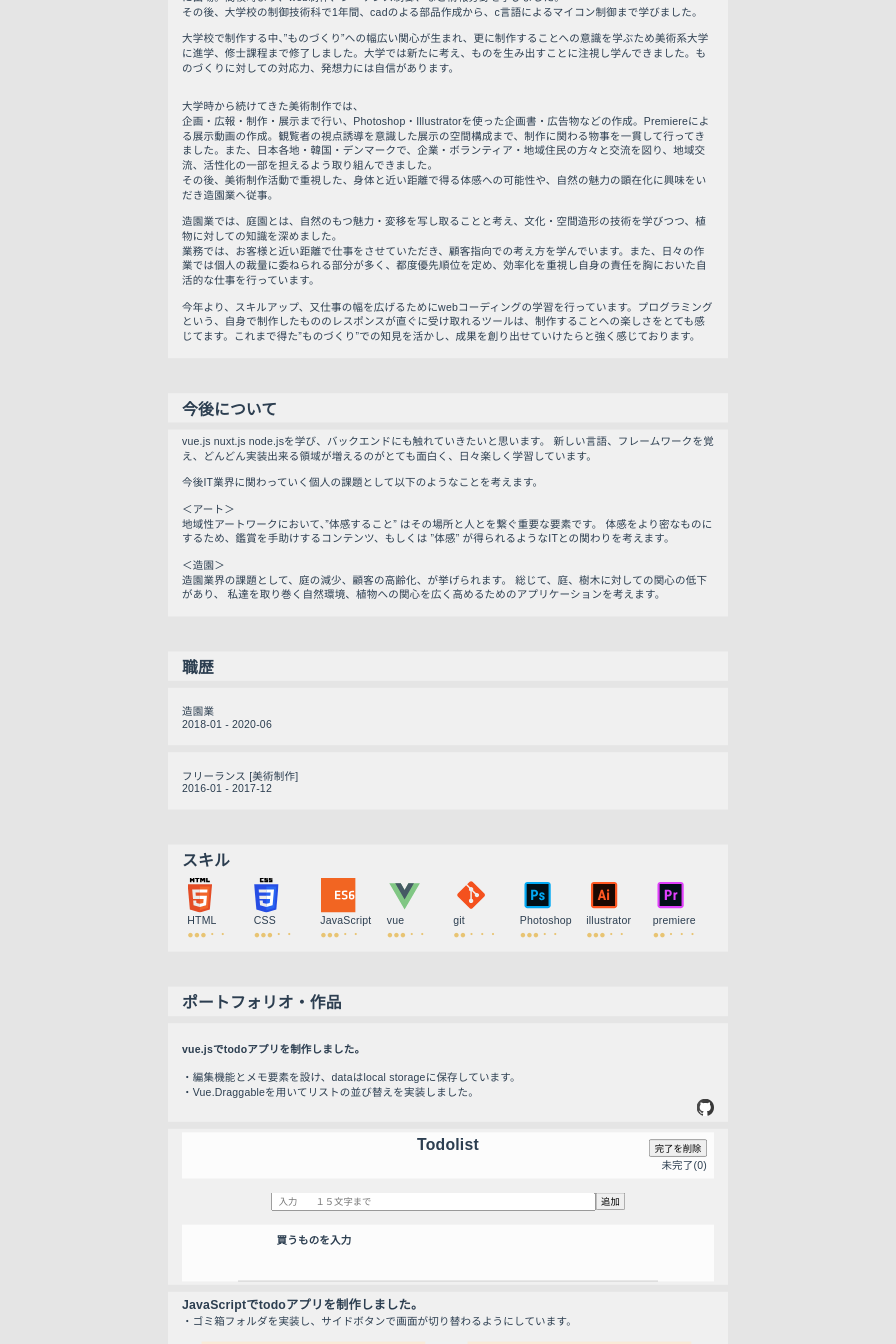
Repository: takeco/my-portfolio
Page: /
An editor plug-in stored every save of this project. The page is shown before and after the next save, followed by the edit.
The browser window is 1280 px wide. The pictures show the part of the page from y = 631 to 2551 px (the page is 3878 px tall before and 3895 px after), at 70% of full size.
The project was rebuilt for these pictures with package versions that can differ from the ones it lists, and the page was loaded fresh each time.

Above is the page before, as saved 2020-08-25 16:44:18.

### public/index.html
<!DOCTYPE html>
<html lang="jp">
  <head>
    <meta charset="utf-8" />
    <meta http-equiv="X-UA-Compatible" content="IE=edge" />
    <meta name="viewport" content="width=device-width,initial-scale=1.0" />
    <meta name="robots" content="noindex" />
    <link rel="icon" href="<%= BASE_URL %>favicon.ico" />
    <title><%= htmlWebpackPlugin.options.title %></title>
  </head>
  <body>
    <noscript>
      <strong
        >We're sorry but <%= htmlWebpackPlugin.options.title %> doesn't work
        properly without JavaScript enabled. Please enable it to
        continue.</strong
      >
    </noscript>
    <div id="app"></div>

    <!-- built files will be auto injected -->
  </body>
  <style></style>
</html>

### src/App.vue
<template>
  <div :class="$style.app">
    <MainContents></MainContents>
  </div>
</template>

<script>
import MainContents from "./components/MainContents";

export default {
  name: "App",
  components: {
    MainContents
  }
};
</script>

<style module>
.app {
  font-family: "游ゴシック体", YuGothic, "游ゴシック Medium", "Yu Gothic Medium",
    "游ゴシック", "Yu Gothic", "メイリオ", sans-serif;
  -webkit-font-smoothing: antialiased;
  -moz-osx-font-smoothing: grayscale;
  color: #2c3e50;
  background-color: #e5e5e5;
}
</style>

### src/components/MainContents.vue
<template>
  <div :class="$style.body">
    <nav>
      <!-- <ul>
        <li>
          <p>home</p>
        </li>
        <li>
          <p>History</p>
        </li>
        <li>
          <p></p>
        </li>
        <li>
          <p></p>
        </li>
        <li>
          <p></p>
        </li>
      </ul>-->
    </nav>
    <div>
      <img src="../../public/img/nirasaki-12.jpg" alt="artWorkPhoto" />
      <h1>
        <span>TAKEKOSHI Kohei</span>
        Portfolio
      </h1>
    </div>
    <section>
      <ul>
        <li>
          <h2>History</h2>
          <p>
            <br />幼少より、物を作ることが好きで、ラジオなど電子工作して遊んでいました。
            中学校ではロボットコンテストに出場。高校時より、web制作、シーケンス制御、など情報分野を学びました。
            <br />その後、大学校の制御技術科で1年間、cadのよる部品作成から、c言語によるマイコン制御まで学びました。
            <br />
            <br />大学校で制作する中、”ものづくり”への幅広い関心が生まれ、更に制作することへの意識を学ぶため美術系大学に進学、修士課程まで修了しました。大学では新たに考え、ものを生み出すことに注視し学んできました。ものづくりに対しての対応力、発想力には自信があります。
            <br /><br />
            <br />大学時から続けてきた美術制作では、
            <br />企画・広報・制作・展示まで行い、Photoshop・Illustratorを使った企画書・広告物などの作成。Premiereによる展示動画の作成。観覧者の視点誘導を意識した展示の空間構成まで、制作に関わる物事を一貫して行ってきました。また、日本各地・韓国・デンマークで、企業・ボランティア・地域住民の方々と交流を図り、地域交流、活性化の一部を担えるよう取り組んできました。
            <br />その後、美術制作活動で重視した、身体と近い距離で得る体感への可能性や、自然の魅力の顕在化に興味をいだき造園業へ従事。
            <br />
            <br />造園業では、庭園とは、自然のもつ魅力・変移を写し取ることと考え、文化・空間造形の技術を学びつつ、植物に対しての知識を深めました。
            <br />業務では、お客様と近い距離で仕事をさせていただき、顧客指向での考え方を学んでいます。また、日々の作業では個人の裁量に委ねられる部分が多く、都度優先順位を定め、効率化を重視し自身の責任を胸においた自活的な仕事を行っています。
            <br />
            <br />今年より、スキルアップ、又仕事の幅を広げるためにwebコーディングの学習を行っています。プログラミングという、自身で制作したもののレスポンスが直ぐに受け取れるツールは、制作することへの楽しさをとても感じてます。これまで得た”ものづくり”での知見を活かし、成果を創り出せていけたらと強く感じております。
            <br />
            <br />
          </p>
        </li>

        <li>
          <h2>今後について</h2>
          <p>
            vue.js nuxt.js
            node.jsを学び、バックエンドにも触れていきたいと思います。
            新しい言語、フレームワークを覚え、どんどん実装出来る領域が増えるのがとても面白く、日々楽しく学習しています。
            <br />
            <br />今後IT業界に関わっていく個人の課題として以下のようなことを考えます。
            <br />
            <br />＜アート＞
            <br />地域性アートワークにおいて、”体感すること”
            はその場所と人とを繋ぐ重要な要素です。
            体感をより密なものにするため、鑑賞を手助けするコンテンツ、もしくは
            ”体感” が得られるようなITとの関わりを考えます。
            <br />
            <br />＜造園＞
            <br />造園業界の課題として、庭の減少、顧客の高齢化、が挙げられます。
            総じて、庭、樹木に対しての関心の低下があり、
            私達を取り巻く自然環境、植物への関心を広く高めるためのアプリケーションを考えます。
            <br />
            <br />
          </p>
        </li>
        <li>
          <h2>職歴</h2>
          <p>
            <br />造園業
            <br />2018-01 - 2020-06
            <br />
            <br />
          </p>
          <p>
            <br />フリーランス [美術制作]
            <br />2016-01 - 2017-12
            <br />
            <br />
          </p>
        </li>
        <li>
          <div>
            <h2>スキル</h2>
            <ul>
              <li>
                <img src="../../public/img/html5.svg" alt />
                <p>HTML</p>
                <p>●●●・・</p>
              </li>
              <li>
                <img src="../../public/img/css3.svg" alt />
                <p>CSS</p>
                <p>●●●・・</p>
              </li>
              <li>
                <img src="../../public/img/es6.svg" alt />
                <p>JavaScript</p>
                <p>●●●・・</p>
              </li>
              <li>
                <img src="../../public/img/vue.svg" alt />
                <p>vue</p>
                <p>●●●・・</p>
              </li>
              <li>
                <img src="../../public/img/git.svg" alt />
                <p>git</p>
                <p>●●・・・</p>
              </li>
              <li>
                <img src="../../public/img/Photoshop.svg" alt />
                <p>Photoshop</p>
                <p>●●●・・</p>
              </li>
              <li>
                <img src="../../public/img/illustrator.svg" alt />
                <p>illustrator</p>
                <p>●●●・・</p>
              </li>
              <li>
                <img src="../../public/img/premiere.svg" alt />
                <p>premiere</p>
                <p>●●・・・</p>
              </li>
            </ul>
          </div>
        </li>
        <li>
          <h2>ポートフォリオ・作品</h2>
          <div>
            <h4>vue.jsでtodoアプリを制作しました。</h4>
            <p>
              ・編集機能とメモ要素を設け、dataはlocal
              storageに保存しています。
              <br />・Vue.Draggableを用いてリストの並び替えを実装しました。
            </p>
            <p>
              <a href="https://github.com/takeco/my-portfolio/tree/todolist" target="blank">
                <img src="../../public/img/github.svg" alt />
              </a>
            </p>
          </div>
          <TodoList></TodoList>
          <div>
            <h3>JavaScriptでtodoアプリを制作しました。</h3>
            <p>・ゴミ箱フォルダを実装し、サイドボタンで画面が切り替わるようにしています。</p>
            <ul>
              <li>
                <img src="../../public/img/jstodoapp1.png" alt />
              </li>
              <li>
                <img src="../../public/img/jstodoapp2.png" alt />
              </li>
            </ul>
            <p>
              <a href="https://takeco.github.io/js-todoApplication/" target="blank">サイトリンク</a>
              <a href="https://github.com/takeco/js-todoApplication" target="blank">
                <img src="../../public/img/github.svg" alt />
              </a>
            </p>
          </div>
          <div>
            <h3>サイト模写</h3>
            <p>html css を用いてWordPressデモサイトの模写を行いました。</p>
            <ul>
              <li>
                <img src="../../public/img/trace1.jpg" alt />
              </li>
              <li>
                <img src="../../public/img/trace2.jpg" alt />
              </li>
            </ul>
            <p>
              <a href="https://takeco.github.io/trace-site/" target="blank">トレース元</a>
              <a href="https://github.com/takeco/trace-site" target="blank">
                <img src="../../public/img/github.svg" alt />
              </a>
            </p>
          </div>
          <div>
            <h3>art work</h3>
            <ul>
              <li>
                <a href="https://takecocc.work/work/ube/" target="blank">
                  <img src="../../public/img/tree_of_ube_1_Copyright_Nobuo_Shimose.jpg" alt />
                  <p>宇部の木 tree of ube</p>
                </a>
                <p>in UBE Biennale</p>
              </li>
              <li>
                <a href="https://takecocc.work/work/shodoshima/" target="blank">
                  <img src="../../public/img/tree_of_shodosima_Copyright_Chukyo_Ozawa_-7.jpg" alt />
                  <p>小豆島の木 tree of shodosima</p>
                </a>
                <p>in Setouchi Triennale</p>
              </li>
              <li>
                <a href="https://takecocc.work/work/odense/" target="blank">
                  <img src="../../public/img/odense_tree-17.jpg" alt />
                  <p>Odense tree Underground sea</p>
                </a>
                <p>in Gæsteatelier Hollufgård</p>
              </li>
              <li>
                <a href="https://takecocc.work/work/nirasaki/ " target="blank">
                  <img src="../../public/img/nirasaki-12.jpg" alt />
                  <p>韮崎の木 Tree of Nirasaki</p>
                </a>
              </li>
            </ul>
            <p>
              <br />art workのportfoliosite
              <a
                href="https://takecocc.work/"
                target="blank"
              >https://takecocc.work/</a>
            </p>
          </div>
        </li>
      </ul>
    </section>
  </div>
</template>

<script>
import TodoList from "./TodoList";

export default {
  name: "App",
  components: {
    TodoList,
  },
};
</script>

<style module>
body,
ul,
li,
p,
span,
div,
h1,
h2,
h3 {
  padding: 0;
  margin: 0;
}
.body {
  width: 100%;
  font-size: 15px;
}
.body a {
  color: #000;
}
.body > div > img {
  width: 100%;
  height: 400px;
  object-fit: cover;
}
.body > div > h1 > span {
  padding: 0 30px 0 10px;
}

.body > section > ul {
  max-width: 800px;
  margin: 0 auto;
  list-style: none;
  word-wrap: break-word;
  padding: 10px;
}
.body > section > ul > li {
  letter-spacing: 0.02em;
  margin: 50px auto;
}
.body > section > ul > li > h2,
.body > section > ul > li > p,
.body > section > ul > li > ul,
.body > section > ul > li > div,
.body > div > h1 {
  background-color: #f0f0f0;
  padding: 5px 20px;
  margin: 10px 0;
}
.body > section > ul > li > div > ul {
  display: flex;
  flex-flow: row wrap;
  justify-content: space-around;
  align-items: flex-start;
  list-style: none;
  margin: 10px 0;
}
.body > section > ul > li:nth-of-type(4) > div > ul > li > p {
  width: 80px;
}
.body > section > ul > li:nth-of-type(4) > div > ul > li > p:nth-of-type(2) {
  color: #e8c473;
}
.body > section > ul > li:nth-of-type(4) > div > ul > li > img {
  height: 50px;
}
.body > section > ul > li > div > p > a {
  padding-left: 20px;
}
.body > section > ul > li:nth-of-type(5) > div > ul > li > img {
  width: 320px;
  height: 230px;
  margin: 10px 5px 20px 0;
}
.body > section > ul > li:nth-of-type(5) > div:last-child > ul > li > a > img {
  width: 300px;
  height: 200px;
  margin: 10px 0;
}
.body > section > ul > li:nth-of-type(5) > div:last-child > ul > li p {
  color: #797979;
  font-size: 12px;
}
.body > section > ul > li:nth-of-type(5) > div > p:last-child {
  color: #797979;
  font-size: 12px;
  text-align: right;
}
</style>

### src/components/TodoList.vue
<template>
  <div :class="$style.body">
    <header>
      <h1>Todolist</h1>
      <nav>
        <button @click="purge">完了を削除</button>
        <p>未完了({{ remaining.length }})</p>
      </nav>
    </header>
    <form @submit.prevent="addTodo">
      <input
        v-model="newTodo"
        type="text"
        placeholder="  入力       １５文字まで"
        maxlength="20"
      />
      <input type="submit" value="追加" />
    </form>
    <section>
      <draggable element="ul" v-if="todos.length">
        <li v-for="(todo, index) in todos" :key="todo.title">
          <input type="checkbox" v-model="todo.isDone" />

          <span :class="{[$style.done]: todo.isDone}">{{ todo.title }}</span>

          <img
            @click="deleteTodo(index)"
            src="../../public/img/dustBox.svg"
            :class="$style.dustBoxImg"
          />
          <form @submit.prevent>
            <input v-show="todo.editor" type="text" v-model="todo.title" />
            <button @click="todo.editor = !todo.editor">
              <span v-show="!todo.editor">編集</span>
              <span v-show="todo.editor">完了</span>
            </button>
          </form>
          <p>memo</p>
          <textarea
            type="text"
            placeholder="メモ"
            v-model="todo.memo"
          ></textarea>
        </li>
      </draggable>
      <ul v-else>
        <li>
          <span>買うものを入力</span>
        </li>
      </ul>
    </section>
  </div>
</template>

<script>
import draggable from "vuedraggable";

export default {
  data() {
    return {
      newTodo: "",
      memo: "",
      todos: [],
    };
  },
  watch: {
    todos: {
      handler() {
        localStorage.setItem("todos", JSON.stringify(this.todos));
      },
      deep: true,
    },
  },
  mounted() {
    this.todos = JSON.parse(localStorage.getItem("todos")) || [];
  },
  methods: {
    addTodo() {
      let item = {
        title: this.newTodo,
        isDone: false,
        editor: false,
        memo: this.memo,
      };
      this.todos.push(item);
      this.newTodo = "";
    },
    deleteTodo(index) {
      this.todos.splice(index, 1);
    },
    purge() {
      if (confirm("完了したものを削除します")) {
        this.todos = this.remaining;
      }
    },
  },
  computed: {
    remaining() {
      return this.todos.filter(function(todo) {
        return !todo.isDone;
      });
    },
  },
  components: {
    draggable,
  },
};
</script>

<style module>
/* width 400px未満 */

.body {
  margin: 0;
  display: flex;
  flex-flow: column nowrap;
  justify-content: center;
  padding: 20px;
}
.body > header {
  background-color: rgba(255, 255, 255, 0.8);
}
.body > header > h1 {
  text-align: center;
  padding: 5px 0 35px 0;
}
.body > header > nav {
  text-align: right;
}
.body > form {
  text-align: center;
  padding: 20px 0;
}
.body > form > input:first-of-type {
  width: 60%;
  height: 20px;
}
.body > section {
  background-color: rgba(255, 255, 255, 0.8);
}

.dustBoxImg {
  width: 20px;
  margin: 0 auto;
  cursor: pointer;
}
.body > section > ul {
  list-style: none;
  max-width: 600px;
  word-wrap: break-word;
  width: 80%;
  margin: 0 auto;
}
.body > section > ul > li {
  border-bottom: solid 1px #bbb;
  padding: 10px 0;
  display: grid;
  grid-template:
    "checkbox todoName dustBox" 30px
    "edit     edit     edit   " 30px
    "    .    memo        .   " auto
    / 50px 1fr 50px;
}
.body > section > ul > li > input:first-of-type {
  grid-area: checkbox;
  height: 40px;
}
.body > section > ul > li > span:first-of-type {
  padding-left: 5px;
  grid-area: todoName;
  word-wrap: anywhere;
  font-weight: 600;
}
.body > section > ul > li > img:first-of-type {
  grid-area: dustBox;
}
.body > section > ul > li > form {
  grid-area: edit;
  text-align: right;
}
.body > section > ul > li > textarea {
  grid-area: memo;
  overflow-wrap: anywhere;
}
.body > section > ul > li > form > input {
  line-height: 20px;
}

.body > section > ul > li > span.done {
  text-decoration: line-through;
  color: #bbb;
}

/* width 800px未満 */
@media (min-width: 400px) {
  .body > header {
    position: relative;
    background-color: rgba(255, 255, 255, 0.8);
  }
  .body > header > nav {
    position: absolute;
    text-align: right;
    right: 10px;
    top: 10px;
  }
}

/* width 850px以上 */
@media (min-width: 850px) {
  .body {
    width: 760px;
    margin: 0 auto;
  }
}
</style>

Loaded but not shown: src/main.js (common file)

After the next save:
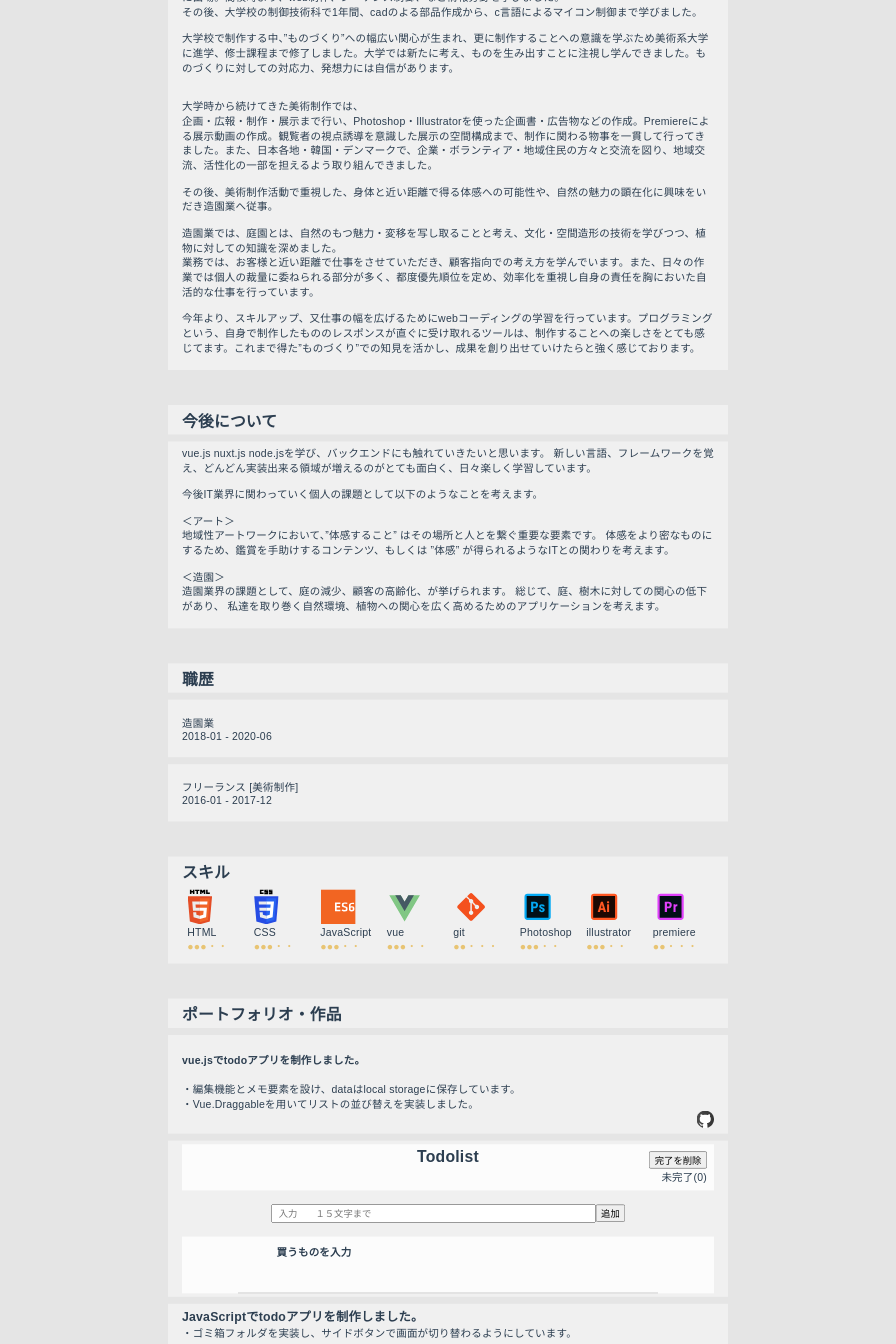
Saved 5 s later.
--- a/src/components/MainContents.vue
+++ b/src/components/MainContents.vue
@@ -39,7 +39,7 @@
             <br /><br />
             <br />大学時から続けてきた美術制作では、
             <br />企画・広報・制作・展示まで行い、Photoshop・Illustratorを使った企画書・広告物などの作成。Premiereによる展示動画の作成。観覧者の視点誘導を意識した展示の空間構成まで、制作に関わる物事を一貫して行ってきました。また、日本各地・韓国・デンマークで、企業・ボランティア・地域住民の方々と交流を図り、地域交流、活性化の一部を担えるよう取り組んできました。
-            <br />その後、美術制作活動で重視した、身体と近い距離で得る体感への可能性や、自然の魅力の顕在化に興味をいだき造園業へ従事。
+            <br /><br />その後、美術制作活動で重視した、身体と近い距離で得る体感への可能性や、自然の魅力の顕在化に興味をいだき造園業へ従事。
             <br />
             <br />造園業では、庭園とは、自然のもつ魅力・変移を写し取ることと考え、文化・空間造形の技術を学びつつ、植物に対しての知識を深めました。
             <br />業務では、お客様と近い距離で仕事をさせていただき、顧客指向での考え方を学んでいます。また、日々の作業では個人の裁量に委ねられる部分が多く、都度優先順位を定め、効率化を重視し自身の責任を胸においた自活的な仕事を行っています。
